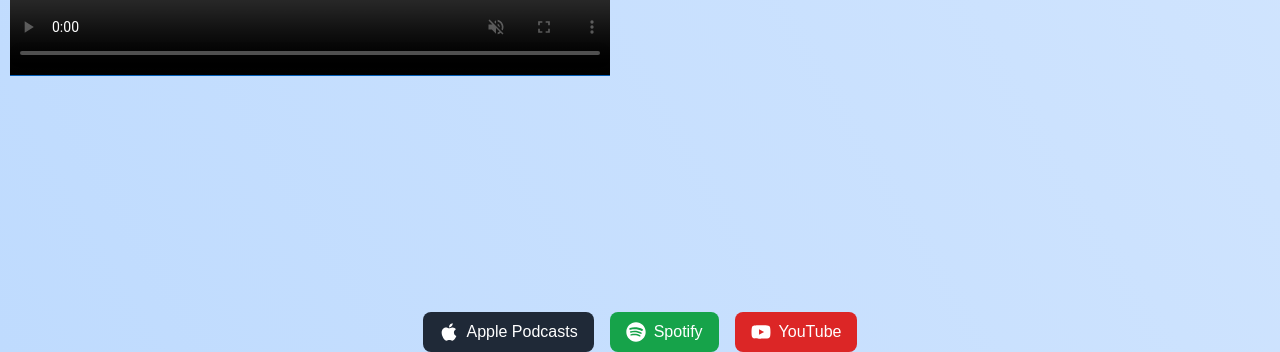
Repository: TMuse333/Chris-crowell
Page: /podcast (app in frontend/)
An editor plug-in stored every save of this project. The page is shown before and after a run of saves, followed by the edit.
The browser window is 1280 px wide. The pictures show the part of the page from y = 1792 to 2744 px (the page is 2144 px tall before and 2744 px after).
Pictures or frames that could not be fetched are drawn as grey boxes. The project was rebuilt for these pictures with package versions that can differ from the ones it lists, and the page was loaded fresh each time. The framework's server and built-in components were replaced by stand-ins that run in the browser. Also part of the build but not shown: frontend/next.config.ts.

Above is the page before, as saved 2025-02-18 12:30:07.

### frontend/src/app/layout.tsx
import { ContextProvider } from "@/context/context";
import type { Metadata } from "next";
import { Geist, Geist_Mono } from "next/font/google";
import "./globals.css";

const geistSans = Geist({
  variable: "--font-geist-sans",
  subsets: ["latin"],
});

const geistMono = Geist_Mono({
  variable: "--font-geist-mono",
  subsets: ["latin"],
});

export const metadata: Metadata = {
  title: "Create Next App",
  description: "Generated by create next app",
};

export default function RootLayout({
  children,
}: Readonly<{
  children: React.ReactNode;
}>) {
  return (
    <html lang="en">
      <ContextProvider>


      <body
        className={`${geistSans.variable} ${geistMono.variable} antialiased`}
      >
        {children}
      </body>
      </ContextProvider>
    </html>
  );
}

### frontend/src/app/podcast/page.tsx


import PodcastPage from "@/pageComponents/podcastPage";
import React from "react";

const Page = () => {


    return (
        <PodcastPage/>
    )
}

export default Page

### frontend/src/context/context.tsx
"use client"

import React, { createContext, useState, useContext, ReactNode, useEffect } from 'react';

// Define the type for the context value
interface GeneralContextType {
  isMobile: boolean;
  setIsMobile: React.Dispatch<React.SetStateAction<boolean>>;
  isDesktop: boolean;
  setIsDesktop: React.Dispatch<React.SetStateAction<boolean>>;


  applicationFormState: Record<string, string>;
  setApplicationFormState: React.Dispatch<React.SetStateAction<Record<string, string>>>;


}


// Create the context
export const GeneralContext = createContext<GeneralContextType | undefined>(undefined);

// Create a provider component
export const ContextProvider: React.FC<{ children: ReactNode }> = ({ children }) => {
  // Initialize the value state


  // Detect mobile devices
  const [isMobile, setIsMobile] = useState<boolean>(true);

const [isDesktop, setIsDesktop] = useState(false)

const [applicationFormState, setApplicationFormState] = useState<Record<string, string>>({});

  useEffect(() => {
    const handleScroll = () => {
      if (typeof window !== 'undefined') {
        setIsMobile(window.innerWidth <= 865);
      }
      else{
        setIsDesktop(true)
      }
    };

    if (typeof window !== 'undefined') {
      window.addEventListener('scroll', handleScroll);
      handleScroll(); // Initial check
    }

    return () => {
      if (typeof window !== 'undefined') {
        window.removeEventListener('scroll', handleScroll);
      }
    };
  }, []);

  useEffect(() => {
    const handleScroll = () => {
      if (typeof window !== 'undefined') {
        setIsDesktop(window.innerWidth > 868);
      }

    };

    if (typeof window !== 'undefined') {
      window.addEventListener('scroll', handleScroll);
      handleScroll(); // Initial check
    }

    return () => {
      if (typeof window !== 'undefined') {
        window.removeEventListener('scroll', handleScroll);
      }
    };
  }, []);


  useEffect(() => {
    console.log('is mobile', isMobile);
    console.log("is desktop", isDesktop)
  }, [isDesktop]);

  const contextValue = {

    isMobile,
    setIsMobile,
    applicationFormState,
    setApplicationFormState,
    isDesktop,
    setIsDesktop


  };

  return <GeneralContext.Provider value={contextValue}>{children}</GeneralContext.Provider>;
};

export const useGeneralContext = (): GeneralContextType => {
  const context = useContext(GeneralContext);
  if (!context) {
    throw new Error('useGeneralContext must be used within a ContextProvider');
  }
  return context;
};

### frontend/src/app/globals.css
@tailwind base;
@tailwind components;
@tailwind utilities;

:root {
  --background: #ffffff;
  --foreground: #171717;
}

@media (prefers-color-scheme: dark) {
  :root {
    --background: #0a0a0a;
    --foreground: #ededed;
  }
}

body {
  color: var(--foreground);
  background: var(--background);
  font-family: Arial, Helvetica, sans-serif;
}

@keyframes gradientAnimation {
  0% { background-position: 0% 50%; }
  50% { background-position: 100% 50%; }
  100% { background-position: 0% 50%; }
}

.gradient-animation {
  background: linear-gradient(90deg, #00bfff, #00A7E0, #64D8FF);
  background-size: 200% 200%;
  background-clip: text;
  -webkit-background-clip: text;
  color: transparent;
  animation: gradientAnimation 8s ease-in-out infinite;
}

### frontend/src/pageComponents/podcastPage.tsx
"use client"

import Carousel from "@/components/carousels/carousel/carousel";
import BgText from "@/components/contentPieces/bgText/bgText";
import CountUpImageText from "@/components/contentPieces/countUpImageText/countUpImageText";
import ExperienceCard from "@/components/contentPieces/experienceCard/experienceCard";
import ServiceHerobanner from "@/components/herobanners/serviceHerobanner/serviceHerobanner";
import PodcastSocialLinks from "@/components/podcast/podcastSocialLinks";
import { podcastCarousel, podcastCountup, podcastExperienceCard, podcastHerobanner, podcastText } from "@/data/podcastData";
import React from "react";


const PodcastPage = () => {


    return (
        <main className="w-screen bg-gradient-to-tr from-blue-200 to-blue-100">
            <ServiceHerobanner
            {...podcastHerobanner}
           alt=""
            />
            <CountUpImageText
            {...podcastCountup}
            />

            {/* <ExperienceCard
            {...podcastExperienceCard}
            buttonText=""
            /> */}

            <Carousel
            {...podcastCarousel}
            />

            <PodcastSocialLinks/>

            {/* <BgText
            {...podcastText}
            /> */}

        </main>
    )
}

export default PodcastPage

### frontend/src/components/contentPieces/countUpImageText/countUpImageText.tsx
import { useGeneralContext } from "@/context/context";
import Image from "next/image";
import React, { useRef } from "react";
import CountUp from "react-countup";
import {useInView,motion,useTransform,
    easeIn, useScroll
} from 'framer-motion'
interface Props {
    src:string,
    alt:string
    title:string,
    description:string,
    stats:{
        number:string,
        name:string
    }[]
}



const CountUpImageText:React.FC<Props> = ({
    src,alt,title,description,stats
}) => {

    const {isMobile} = useGeneralContext()

    const ref = useRef(null)

    const inView = useInView(ref,{
        amount:!isMobile ? 0.5 : 0.4,
        once:true
    })

    const { scrollYProgress } = useScroll({
        target: ref, // Watch this section
        offset: ["start end", "end start"], // Trigger based on when it enters and leaves the viewport
    });

    // Map scrollYProgress to scale and opacity
    const scale = useTransform(scrollYProgress, [0, 0.3, 0.7, 1], [0.95, 1, 1, 0.95],  { ease:easeIn });

    const fadeInVariants = (delay: number) => {

        return {
            initial: { opacity: 0, x: -30, y: -20 },
            animate: { opacity: 1, x: 0, y: 0 ,
            transition: {
              duration: 0.4,
              delay: delay, // Delay based on the parameter
              ease: "easeInOut"
            }
        }
        }

      };

      const statVariants = (delay: number) => {

        return {
            initial: { opacity: 0, x: -50, y: 0 },
            animate: { opacity: 1, x: 0, y: 0 ,
            transition: {
              duration: 0.5,
              delay:0.3 + delay, // Delay based on the parameter
              ease: "easeInOut"
            }
        }
        }
      };

      const ref2 = useRef(null)

      const countInView = useInView(ref2,{
        once:true
      })


      return (
        <motion.section
          style={{
            scale
          }}
          ref={ref}
          className="flex flex-col bg-gray-300 mt-12 w-[97vw] rounded-2xl overflow-hidden md:flex-row-reverse mx-auto max-w-[1200px]"
        >
          {/* Title */}
          <motion.h2
            variants={fadeInVariants(0)}
            initial="initial"
            animate={inView ? "animate" : "initial"}
            className="mx-auto text-3xl text-black font-bold text-center sm:text-4xl md:text-5xl mt-12 mb-4 md:hidden"
          >
            {title}
          </motion.h2>

          <section className="relative w-[98vw] md:w-[48vw] md:block h-[80vh]
          ">

            <Image
              src={src}
              alt={alt}
              width={600}
              height={1300}
              className={`w-full h-full rounded-2xl
              z-[1]
               object-cover mx-auto md:block transition-all
               duration-1000
               ${inView ? ' h-[80vh]' : 'h-0'}
                 mt-auto mb-auto absolute`}
              style={{
                borderRadius: "1rem"
              }}
            />
          </section>

          {/* Description */}
          <section className="flex flex-col px-4 md:w-[48vw]">
            <motion.h2
              variants={fadeInVariants(0)}
              initial="initial"
              animate={inView ? "animate" : "initial"}
              className="mx-auto text-3xl text-black font-bold text-center sm:text-4xl md:text-5xl mt-12 mb-4 hidden md:block"
            >
              {title}
            </motion.h2>

            <motion.p
              variants={fadeInVariants(0.1)}
              initial="initial"
              animate={inView ? "animate" : "initial"}
              className="text-black md:px-4 font-semibold mb-6 mt-4 md:mt-0"
            >
              {description}
            </motion.p>

            <section
            ref={ref2}
            className="flex mx-auto flex-col justify-center items-center  mt-4 md:flex-row font-semibold md:mr-auto md:ml-4
            ">
              {/* Stats Loop */}
              <div className="text-2xl mb-6 flex flex-col justify-start items-start">
                {stats.map((stat, index) => {
                  const delay = 0.2 + index * 0.4;
                   const nameDelay = 0.25 + index * 0.4
                  return (
                    <div
                      key={index}
                      className="flex flex-col text-black items-center justify-center text-center ml-4 mb-6 md:ml-0 mr-auto"
                    >
                      <motion.p
                        variants={statVariants(delay)}
                        initial="initial"
                        animate={countInView ? "animate" : "initial"}
                        className="sm:text-xl md:text-2xl mr-auto"
                      >
                        <CountUp
                          start={0}
                          end={countInView ? parseInt(stat.number) : 0}
                          duration={2}
                          className="mr-auto sm:text-2xl"
                        />
                      </motion.p>

                      <motion.p
                      variants={statVariants(nameDelay)}
                      initial="initial"
                      animate={countInView ? "animate" : "initial"}
                      className="mr-auto text-left self-start sm:text-3xl md:text-4xl">
                        {stat.name}
                      </motion.p>
                    </div>
                  );
                })}
                <button className="bg-blue-500
                p-3 rounded-2xl p-3">
                    Ensure success
                </button>
              </div>
            </section>
          </section>

        </motion.section>
      );

}

export default CountUpImageText

### frontend/src/components/herobanners/serviceHerobanner/serviceHerobanner.tsx

import React from 'react'

import Image from 'next/image'

interface Props {
    src:string,
    alt:string,
    title:string,
    description:string,
    buttonText:string,
    destination:string
}

const ServiceHerobanner:React.FC<Props> = ({
    src,alt,title,description,
    buttonText,
}) => {






    return (



    <header
    className='w-screen min-h-[500px]
    h-[75vh] text-center text-gray-200
    relative flex flex-col items-center justify-center
    transition-colors
    duration-1000
    '
    //  style={{
    //     backgroundImage:`url(${bg})`,
    //     backgroundSize:'cover',
    //     backgroundPosition:'center'

    // }}

   role='banner'
   >
    <Image className='w-full h-full object-cover absolute z-[1]
    brightness-[0.5]'
src={src}
priority
width={600}
height={1300}
alt={alt}
/>

        <section className='text-left w-4/5 relative z-[2]'>



<h1
 className='text-4xl sm:text-5xl md:text-6xl'>{title}</h1>
<h2

 className='text-xl mt-4 sm:text-2xl md:text-3xl'>{description}</h2>
<button





className='bg-gray-300 p-4 text-black !important
mt-8 hover:scale-[1.1] hover:bg-slate-900 hover:text-white
transition-all'>
 {buttonText}
</button>


</section>
    </header>
    )
}

export default ServiceHerobanner

### frontend/src/components/podcast/podcastSocialLinks.tsx
import Link from "next/link";
import { FaSpotify, FaApple, FaYoutube } from "react-icons/fa";

const PodcastSocialLinks = () => {
  return (
    <div className="flex flex-wrap items-center justify-center gap-4 mt-8">
      <a
        href="https://podcasts.apple.com/"
        target="_blank"
        rel="noopener noreferrer"
        className="flex items-center gap-2 bg-gray-800 text-white px-4 py-2 rounded-lg hover:bg-gray-700 transition"
      >
        <FaApple size={20} />
        Apple Podcasts
      </a>

      <a
        href="https://open.spotify.com/"
        target="_blank"
        rel="noopener noreferrer"
        className="flex items-center gap-2 bg-green-600 text-white px-4 py-2 rounded-lg hover:bg-green-500 transition"
      >
        <FaSpotify size={20} />
        Spotify
      </a>

      <a
        href="https://www.youtube.com/"
        target="_blank"
        rel="noopener noreferrer"
        className="flex items-center gap-2 bg-red-600 text-white px-4 py-2 rounded-lg hover:bg-red-500 transition"
      >
        <FaYoutube size={20} />
        YouTube
      </a>
    </div>
  );
};

export default PodcastSocialLinks;

### frontend/src/data/podcastData.ts
export const podcastHerobanner = {
  src: '/skyline.webp',
  title: "Unlock Insights, Elevate Your Business",
  description: "Welcome to our podcast, where industry leaders and experts share valuable insights on business growth, innovation, and client success. Tune in for actionable advice, inspiring stories, and strategies to take your services to the next level.",
  buttonText: 'Listen Now',
  destination: '/podcast'
};



export const podcastCountup = {
    src: "/chris-side.webp",
    alt: "Chris hosting The Halifax Network Podcast",
    title: "The Halifax Network Podcast",
    description: `Bringing real estate insights, market trends, and expert interviews to Halifax and beyond. Tune in to stay informed, get valuable advice, and hear from industry professionals.`,
    stats: [
      {
        number: "50+",
        name: "Episodes Released",
      },
      {
        number: "100K+",
        name: "Total Views & Streams",
      },
      {
        number: "5★",
        name: "Listener Ratings",
      },
    ],
  };

  export const podcastExperienceCard = {
    title: "The Halifax Network Podcast – Conversations That Build Success",
    src: "/chris-seated.webp",
    alt: "Chris hosting The Halifax Network Podcast",
    description:
      "The Halifax Network Podcast dives into the world of entrepreneurship, business growth, and real estate. Featuring industry leaders, successful entrepreneurs, and real estate experts, each episode delivers insights to help you level up in your career and investments." +

      "From scaling businesses to making smart real estate decisions, this podcast is your guide to navigating the challenges and opportunities of today's market.",

    aspects: [
      "In-depth conversations with top entrepreneurs and industry experts",
      "Topics covering business strategies, personal finance, and real estate",
      "Over 100K+ total views and streams",
      "Empowering listeners with actionable insights and success stories",
    ],

    link: "/podcast",
    reverse: false,
    aspectHeader: "Why Listen to The Halifax Network Podcast?",
  };

  export const podcastText = {
    image: "/skyline.webp",
    title: "The Halifax Network Podcast – Stories of Success & Growth",
    description:
      "Join The Halifax Network Podcast, where we bring together entrepreneurs, business leaders, and real estate professionals to share insights, strategies, and experiences. Whether you're looking to scale your business, make smarter investments, or gain inspiration from industry experts, this podcast is your go-to resource for success.",

    buttonText: "Listen Now",
    destination: "/podcast",
  };

  export const podcastCarousel = {
    images: [
      {
        url: "/skyline.mp4",
        title: "Podcast About Websites",
        description: "Discussing the importance of a strong online presence and how websites impact business success.",
        isVideo: true,
      },
      {
        url: "/skyline.mp4",
        title: "Podcast About Real Estate Investing",
        description: "Exploring strategies for buying, selling, and investing in real estate for long-term wealth.",
        isVideo: true,
      },
      {
        url: "/skyline.mp4",
        title: "Podcast About Entrepreneurship",
        description: "Insights into starting and scaling a business, overcoming challenges, and building a brand.",
        isVideo: true,
      },
      {
        url: "/skyline.mp4",
        title: "Podcast About Networking",
        description: "How building meaningful connections can accelerate career and business growth.",
        isVideo: true,
      },
    ],
    hasDescription: true,
  };

### frontend/src/components/contentPieces/bgText/bgText.tsx
"use client"

import React, { useRef} from "react";
import Link from "next/link";
import {motion, useInView} from 'framer-motion'
import Image from "next/image";


interface Props {
    image:string,
    title:string,
    description:string,
    buttonText:string,
    destination:string

}

const BgText: React.FC<Props> = ({image,title,description,
destination,buttonText}) => {

    const ref = useRef(null)

    const inView = useInView(ref,{
        once:true
    })

      const variants = {
        initial:{
            opacity:0,
            x:-100
        },
        animate:{
            x:0,
            opacity:1,
            transition:{
                opacity:{
                    duration:0.5
                }
            }
        }

      }

      const textVariants = {
        initial:{
            y:-20,
            opacity:0
        },
        animate:{
            opacity:1,
            y:0,
            transition:{
                delay:0.5
            }
        }
      }

    return (
        <motion.section ref={ref}

        className={`w-screen text-white h-[600px]
        relative flex flex-col items-center justify-center
        bg-center
        `}
        variants={variants}
        initial='initial'
        animate={inView ? 'animate' : 'initial'}
        >
            <Image src={image}
            alt="A background image of cash to signifies how you cash sell your houses fast for cash with ontario cash for houses"
            className='absolute w-full h-full
            object-cover'
                style={{
                    filter:'brightness(0.6)'
                }}
                width={600}
                height={1300}
            />

            <motion.div className="-mt-12 relative z-[4]"
              variants={textVariants}
              initial='initial'
              animate={inView ? 'animate' : 'initial'}>
            <motion.h4

            className="pl-4 text-3xl  ">{title}
            </motion.h4>

            <p className="mt-4 text-left pl-4 pr-4
            max-w-[800px] sm:text-xl ">{description}</p>

            <Link href={destination}
            passHref>
                <button className="mt-6 text-black
                bg-white ml-4 hover:bg-blue-500
                transition-all hover:text-white
                hover:scale-[1.05] p-3
                rounded-xl">
                {buttonText}
                </button>
            </Link>
            </motion.div>
        </motion.section>
    )
}

export default BgText

Loaded but not shown: frontend/tailwind.config.ts (common file); frontend/src/components/carousels/carousel/carousel.tsx (307 lines, source omitted)

After the next 3 saves:
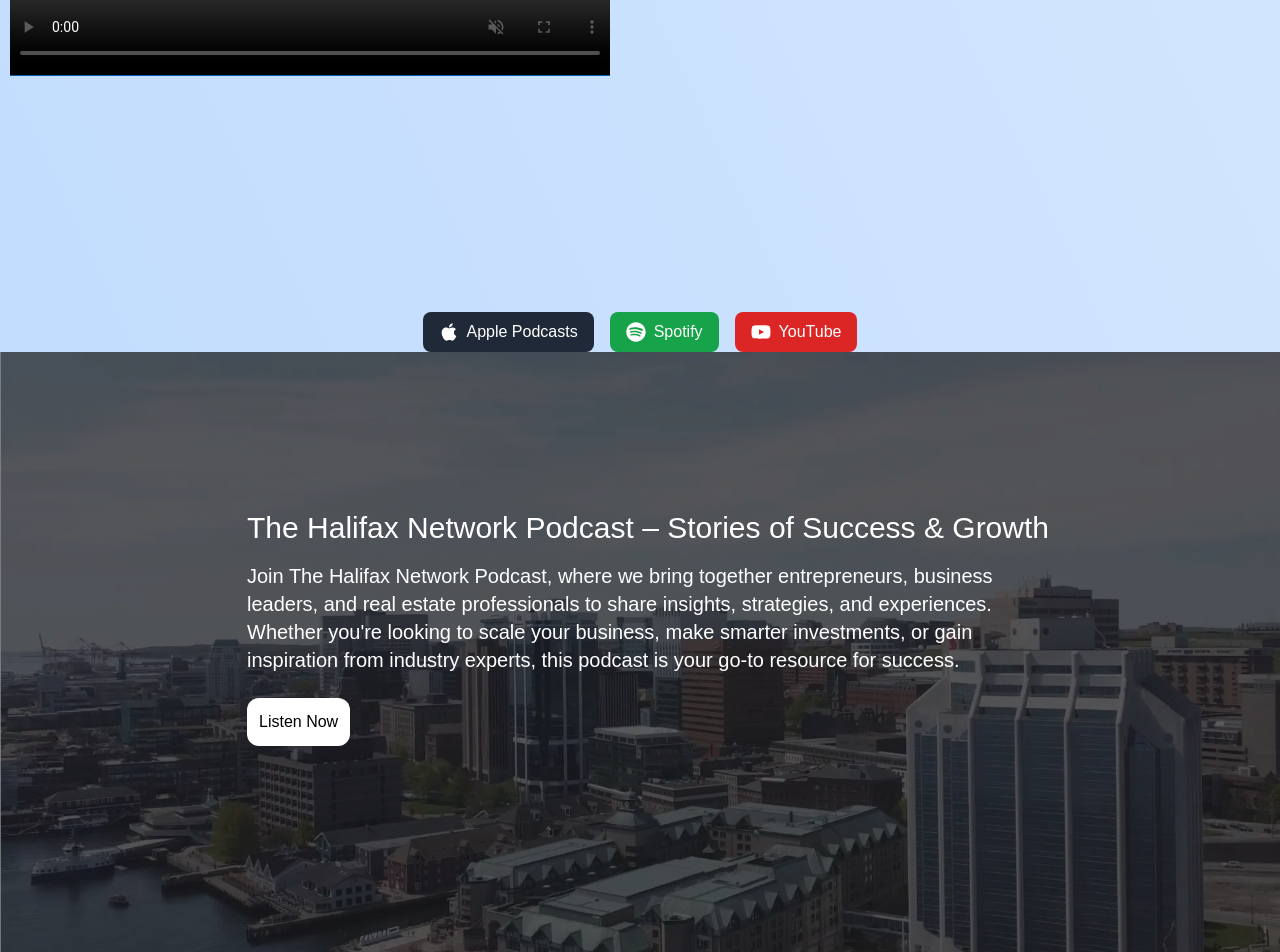
The 3 saves are shown as one change because they came seconds apart.
The last was saved 7 s later.
--- a/frontend/src/pageComponents/podcastPage.tsx
+++ b/frontend/src/pageComponents/podcastPage.tsx
@@ -34,9 +34,9 @@
 
             <PodcastSocialLinks/>
 
-            {/* <BgText
+            <BgText
             {...podcastText}
-            /> */}
+            />
 
         </main>
     )

After the save that followed:
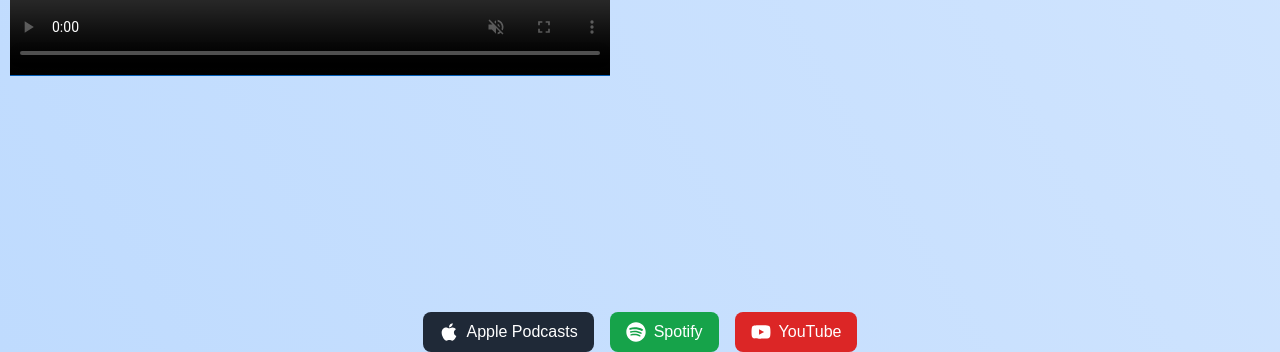
Saved 10 s later.
--- a/frontend/src/pageComponents/podcastPage.tsx
+++ b/frontend/src/pageComponents/podcastPage.tsx
@@ -34,9 +34,9 @@
 
             <PodcastSocialLinks/>
 
-            <BgText
+            {/* <BgText
             {...podcastText}
-            />
+            /> */}
 
         </main>
     )
